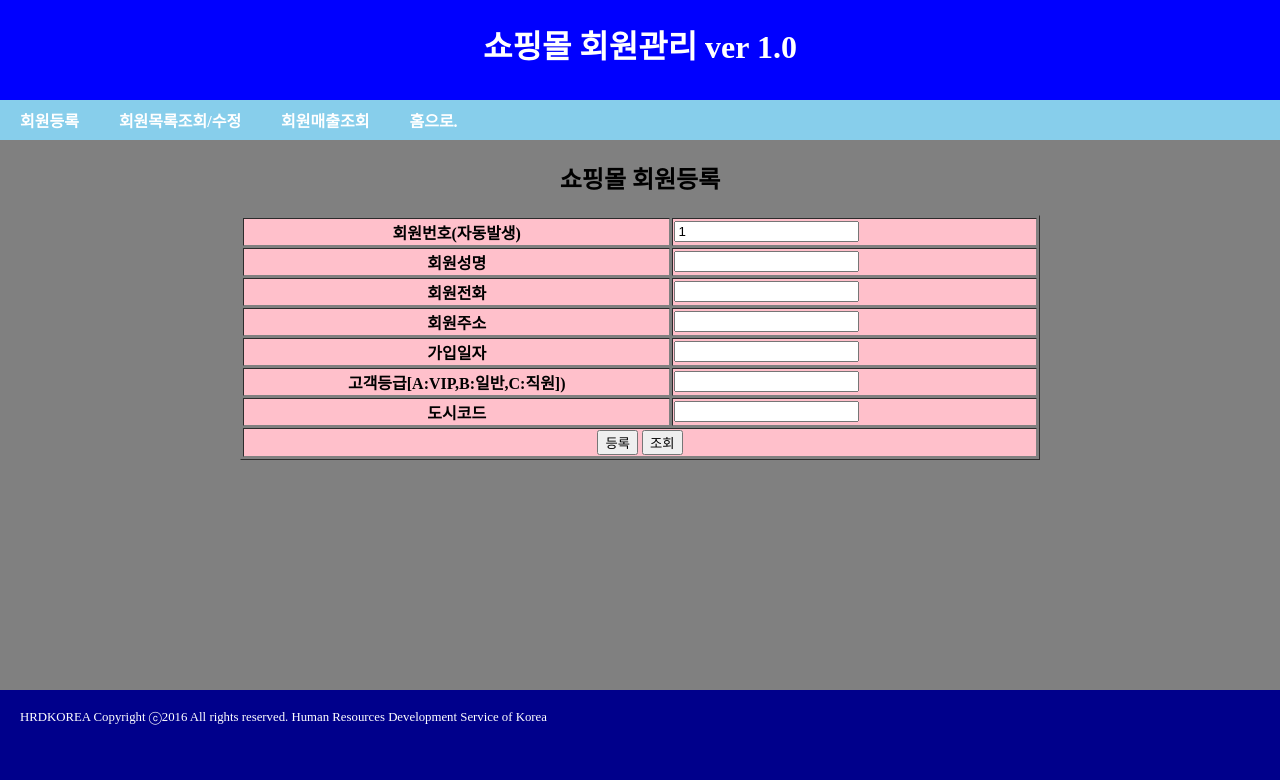
Repository: GotChun/DH_JSP
Page: http://localhost/HRD_1234/join.jsp
The author's editor kept a copy of each file at every save. The page is drawn from the files as they stood at one save, then again after the next save.
The browser window is 1280 px wide. The pictures show the whole page.
The page is served by Tomcat 9. Queries for data that is not in the repository find no rows.

Above is the page before, as saved 2024-10-25 00:45:42.

After the next save:
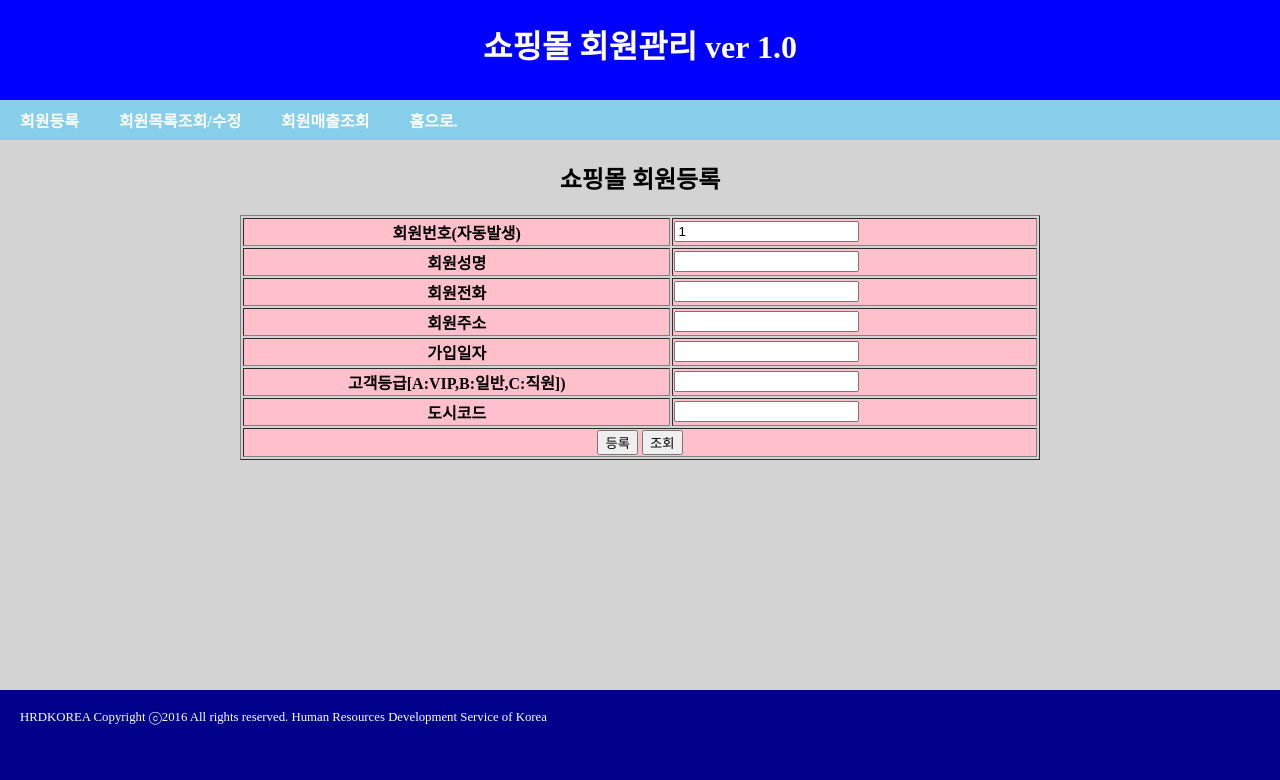
Saved 13 s later.
--- a/hrdkorea/HRD_1234/src/main/webapp/join.jsp
+++ b/hrdkorea/HRD_1234/src/main/webapp/join.jsp
@@ -27,7 +27,7 @@ System.out.println(todayTime);
 body {
 	margin: 0;
 	padding: 0;
-	background-color:gray;
+	background-color:lightgray;
 }
 
 section {
